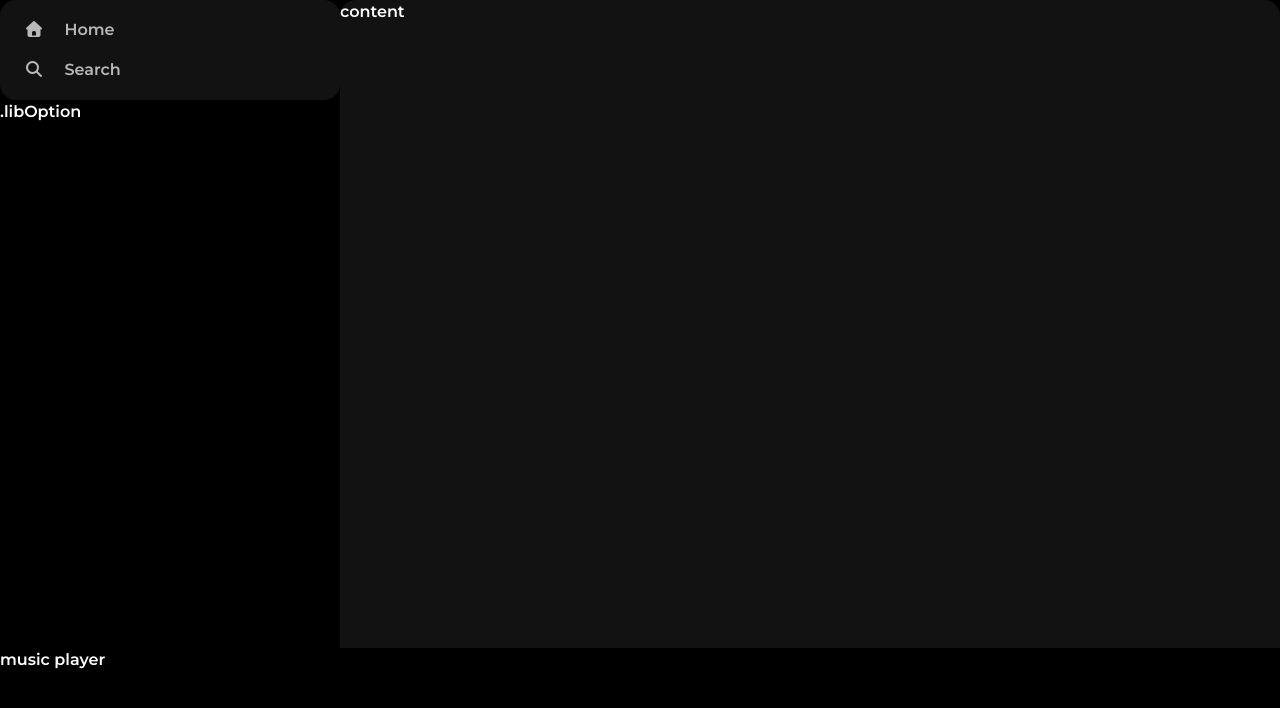
Repository: ketanBisht/spotifyFrontEnd
Page: index.html
The author's editor kept a copy of each file at every save. The page is drawn from the files as they stood at one save, then again after a run of saves.
The browser window is 1280 px wide. The pictures show the whole page.
Some web fonts or font styles are not loaded; a fallback is used. Some web libraries are served in a nearby version.

Above is the page before, as saved 2025-08-19 19:44:28.

### index.html
<!DOCTYPE html>
<html lang="en">
<head>
    <meta charset="UTF-8">
    <meta name="viewport" content="width=device-width, initial-scale=1.0">
    <link rel="stylesheet" href="https://cdnjs.cloudflare.com/ajax/libs/font-awesome/7.0.0/css/all.min.css" integrity="sha512-DxV+EoADOkOygM4IR9yXP8Sb2qwgidEmeqAEmDKIOfPRQZOWbXCzLC6vjbZyy0vPisbH2SyW27+ddLVCN+OMzQ==" crossorigin="anonymous" referrerpolicy="no-referrer" />
    <link href="https://cdn.jsdelivr.net/npm/bootstrap@5.3.7/dist/css/bootstrap.min.css" rel="stylesheet" integrity="sha384-LN+7fdVzj6u52u30Kp6M/trliBMCMKTyK833zpbD+pXdCLuTusPj697FH4R/5mcr" crossorigin="anonymous">
    <link rel="stylesheet" href="style.css">
    <link rel="icon" href="./assets/logo.png">
    <title> front end clone</title>
    <link rel="preconnect" href="https://fonts.googleapis.com">
    <link rel="preconnect" href="https://fonts.gstatic.com" crossorigin>
    <link href="https://fonts.googleapis.com/css2?family=Fira+Code:wght@300..700&family=IBM+Plex+Serif:ital,wght@0,100;0,200;0,300;0,400;0,500;0,600;0,700;1,100;1,200;1,300;1,400;1,500;1,600;1,700&family=Libertinus+Serif:ital,wght@0,400;0,600;0,700;1,400;1,600;1,700&family=Montserrat:ital,wght@0,100..900;1,100..900&family=Mukta:wght@200;300;400;500;600;700;800&family=Open+Sans:ital,wght@0,300..800;1,300..800&display=swap" rel="stylesheet">

</head>
<body>
    <div class="main">
        <div class="sideBar">
            <div class="nav">
                <div class="navOption">
                    <i class="fa-solid fa-house"></i>
                    <a href="">Home</a>
                </div>
                <div class="navOption">
                    <i class="fa-solid fa-magnifying-glass"></i>
                    <a href="">Search</a>
                </div>
            </div>
            <div class="library">
                <div class="options">
                    .libOption
                </div>
            </div>
        </div>
        <div class="mainContent">content</div>
        <div class="player">music player</div>
    </div>



    <script src="https://cdn.jsdelivr.net/npm/bootstrap@5.3.7/dist/js/bootstrap.bundle.min.js" integrity="sha384-ndDqU0Gzau9qJ1lfW4pNLlhNTkCfHzAVBReH9diLvGRem5+R9g2FzA8ZGN954O5Q" crossorigin="anonymous"></script>
</body>
</html>

### style.css
body{
  font-family: "Montserrat", sans-serif;
  font-optical-sizing: auto;
  font-weight: 512;
  font-style: normal;
  background-color: black;
  color: white;
  overflow: hidden;
}

.main{
    display: flex;
    height: 100vh;
}

.sideBar{
    width: 340px;
    border-radius: 1rem;
    -webkit-border-radius: 1rem;
    -moz-border-radius: 1rem;
    -ms-border-radius: 1rem;
    -o-border-radius: 1rem;
}

.mainContent{
    flex: 1;
    border-radius: 1rem;
    -webkit-border-radius: 1rem;
    -moz-border-radius: 1rem;
    -ms-border-radius: 1rem;
    -o-border-radius: 1rem;
    overflow: auto;
    background-color: #121212;
}

.player{
    position: fixed;
    bottom:0;
    width: 100%;
    height: 72px;
    background-color: black;
}
a{
    text-decoration: none;
    color: white;
}

.nav{
    background-color: #121212;
    border-radius: 1rem;
    -webkit-border-radius: 1rem;
    -moz-border-radius: 1rem;
    -ms-border-radius: 1rem;
    -o-border-radius: 1rem;
    display: flex;
    flex-direction: column;
    justify-content: center;
    height: 100px;
    padding: 0.5rem 0.75rem;
}
.navOption{
    line-height: 2.5rem;
    opacity: 0.7;
    padding-left: 0.75rem;
}

.navOption:hover{
    opacity: 1;
}

.navOption i{
    font: size 1.25rem;
}

.navOption a{
    font-size: 1rem;
    margin-left: 1rem;

}

After the next 7 saves:
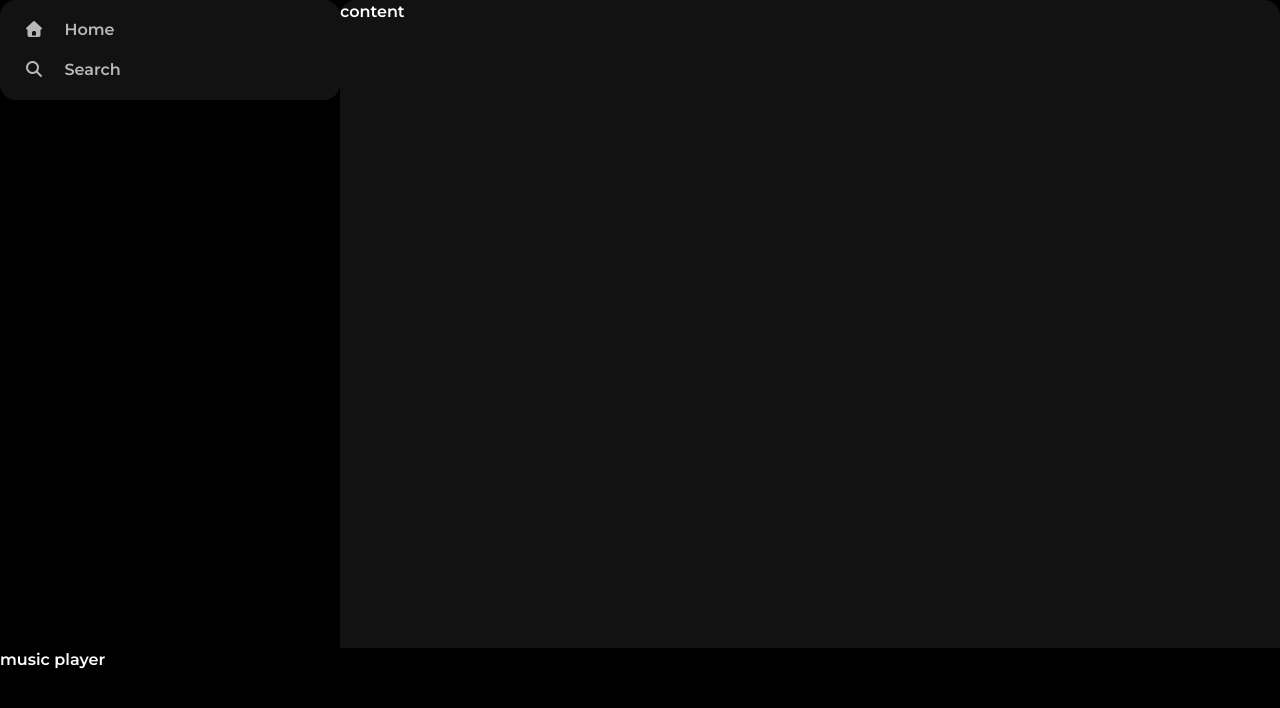
The 7 saves are shown as one change because they came seconds apart.
The last was saved 28 s later.
--- a/index.html
+++ b/index.html
@@ -28,7 +28,9 @@
             </div>
             <div class="library">
                 <div class="options">
-                    .libOption
+                    <div class="libOption">
+
+                    </div>
                 </div>
             </div>
         </div>
